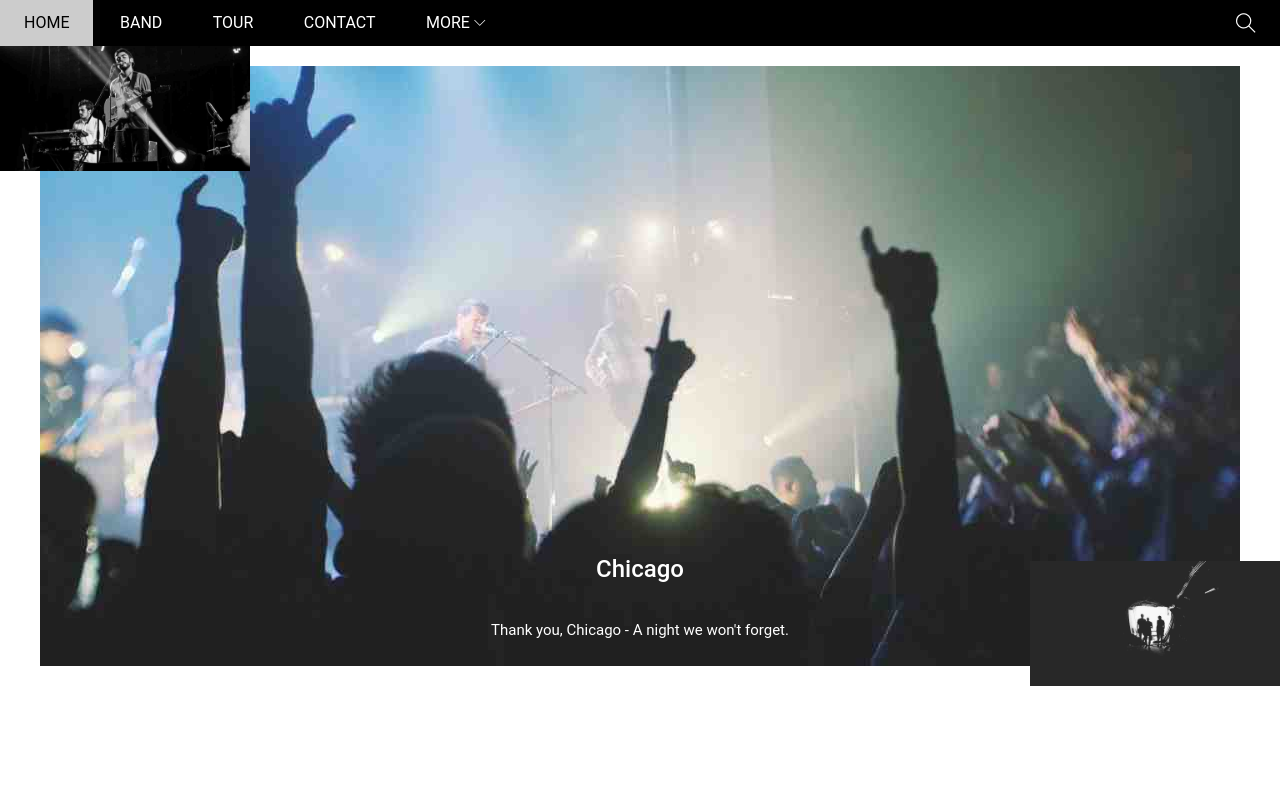
Repository: vuongld315/myLandingPage
Page: index.html
The author's editor kept a copy of each file at every save. The page is drawn from the files as they stood at one save, then again after the next save.
The browser window is 1280 px wide. The pictures show the whole page.

Above is the page before, as saved 2022-07-22 13:32:49.

After the next save:
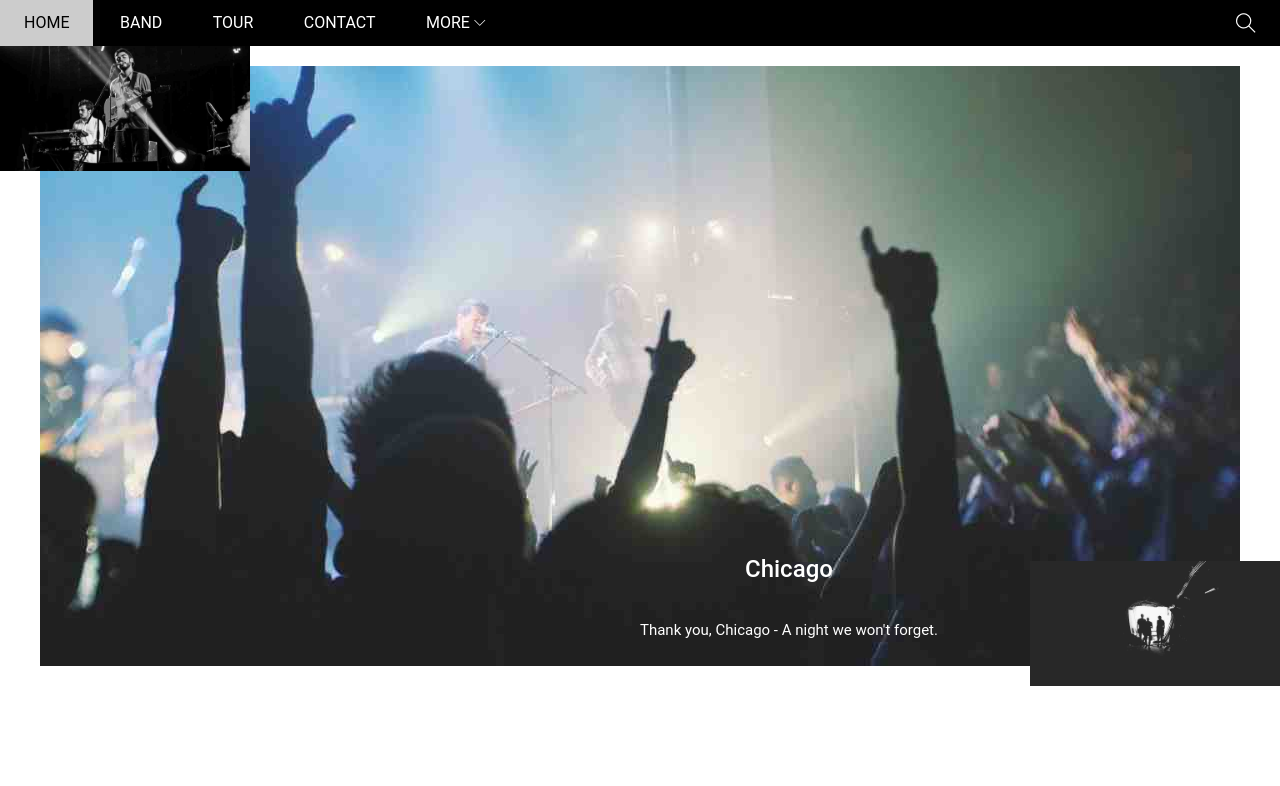
Saved 8 s later.
--- a/index.html
+++ b/index.html
@@ -39,10 +39,10 @@
         <div id="slider">
             <div class="slider-faded">
 
-            </div>
-            <div class="text-content">
-                <h2 class="text-heading">Chicago</h2>
-                <div class="text-desciption">Thank you, Chicago - A night we won't forget.</div>
+                <div class="text-content">
+                    <h2 class="text-heading">Chicago</h2>
+                    <div class="text-desciption">Thank you, Chicago - A night we won't forget.</div>
+                </div>
             </div>
         </div>
 
